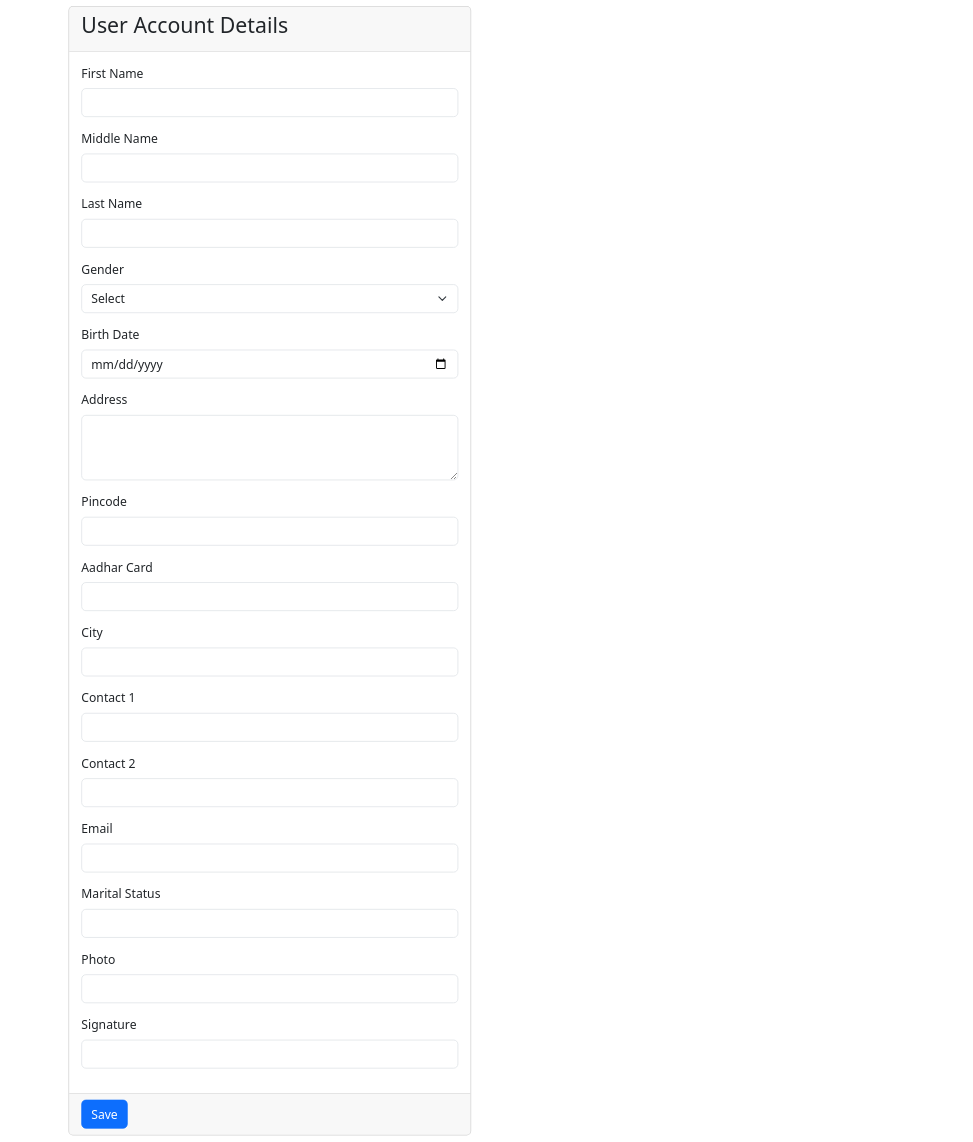
Repository: Sumitk345/MyBackendFiles
Page: http://localhost/User
The author's editor kept a copy of each file at every save. The page is drawn from the files as they stood at one save, then again after the next save.
The browser window is 1280 px wide. The pictures show the whole page, at 76% of full size.
The page is this project's Thymeleaf template; nobody is signed in. The template is opened directly, without the code that normally fills it, so the values that code supplies are empty.

Above is the page before, as saved 2024-06-14 13:53:21.

After the next save:
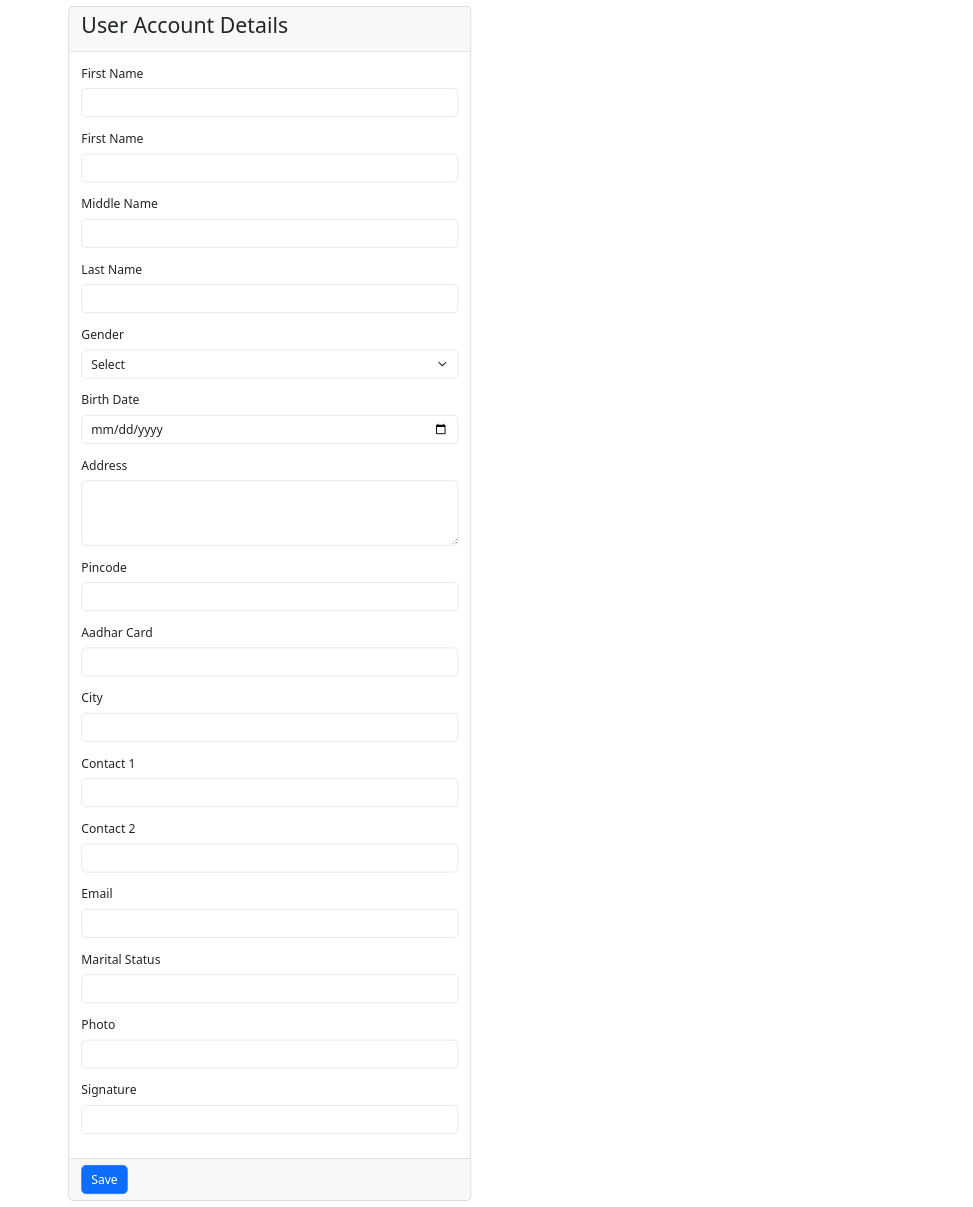
Saved 22 s later.
--- a/UserManagement/src/main/resources/templates/User.html
+++ b/UserManagement/src/main/resources/templates/User.html
@@ -16,6 +16,10 @@
                 </div>
                 <form method="POST" action="/user/save">
                     <div class="card-body">
+						<div class="mb-3">
+						                            <label for="firstName" class="form-label">First Name</label>
+						                            <input type="text" class="form-control" id="firstName" name="firstName" required>
+						                        </div>
                         <div class="mb-3">
                             <label for="firstName" class="form-label">First Name</label>
                             <input type="text" class="form-control" id="firstName" name="firstName" required>
